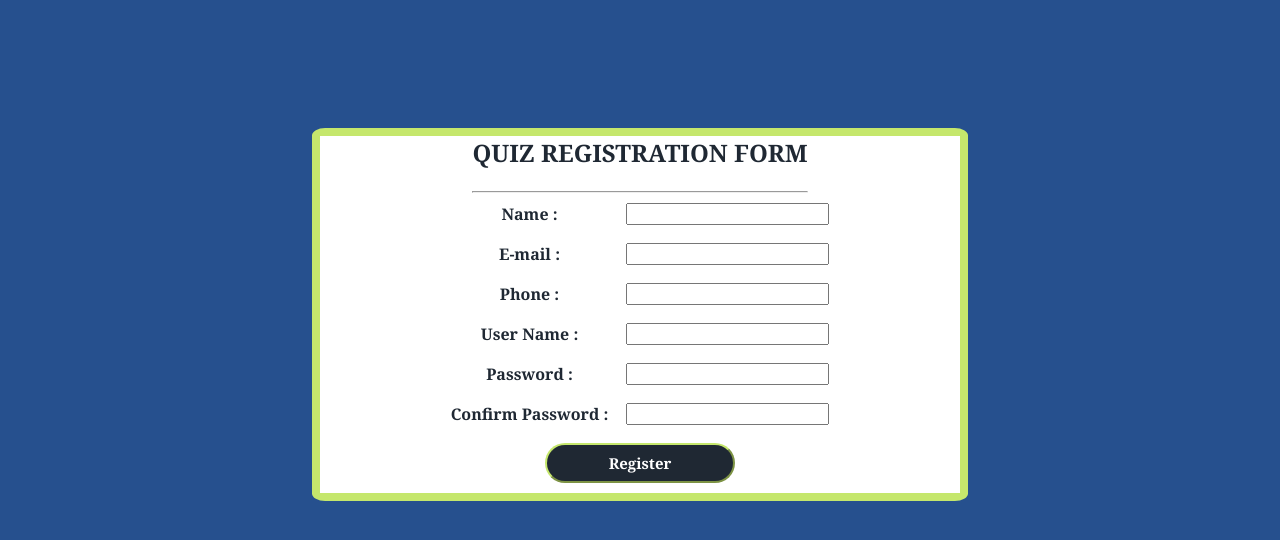
Repository: Pooja0109/Online-Quiz-Application
Page: http://localhost/QuizApplication/Register.jsp
These files come from the project's save history. The page is drawn as it stood at one moment and after the next save; the edit follows.
The browser window is 1280 px wide. The pictures show the whole page.
The page is served by Tomcat 9.

Above is the page before, as saved 2023-04-01 11:43:35.

After the next save:
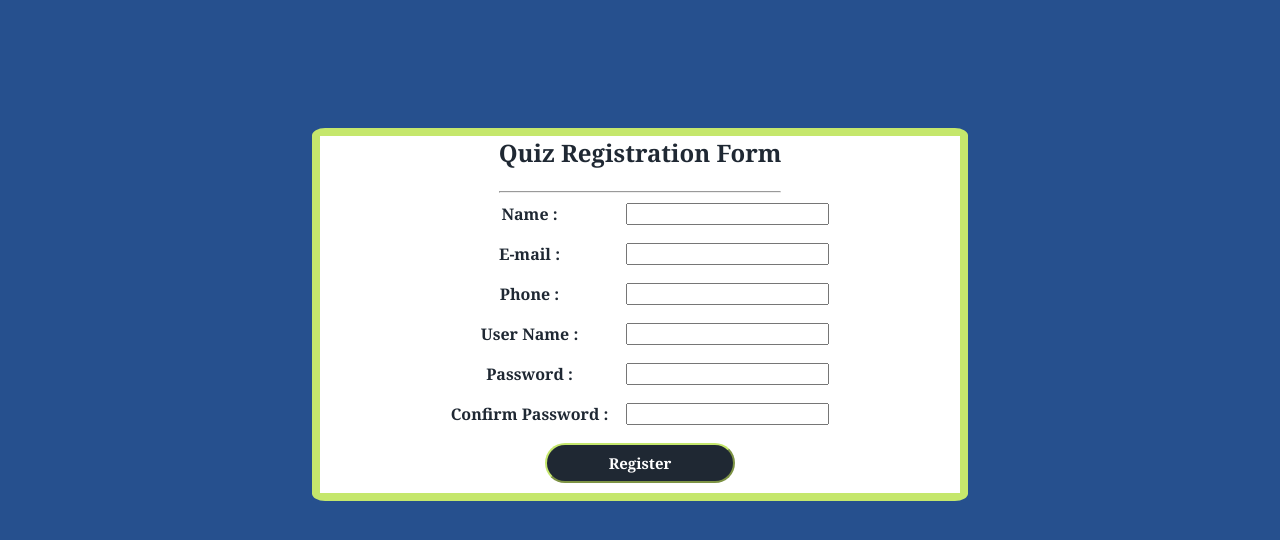
Saved 75 s later.
--- a/QuizApplication/QuizApplication/WebContent/Register.jsp
+++ b/QuizApplication/QuizApplication/WebContent/Register.jsp
@@ -4,6 +4,7 @@
 <html>
 <head>
 <link rel="stylesheet" href="style.css">
+<script type="text/javascript" src="Reg.js"></script>
 <meta http-equiv="Content-Type" content="text/html; charset=ISO-8859-1">
 <title>Registration</title>
 </head>
@@ -13,7 +14,7 @@
             <div class="items">
             </div>
             <div class="items">
-                <h2>QUIZ REGISTRATION FORM</h2><br>
+                <h2>Quiz Registration Form</h2><br>
                 <hr>
             </div>
             <table>
@@ -21,43 +22,50 @@
                     <th> <label for="name">
                             Name :
                         </label></th>
-                    <td><input type="text" name="name" value="${name}" required></td>
-
+                    <td><input type="text" name="name" required></td>
                 </tr>
                 <tr>
                     <th><label for="email">
                             E-mail :
                         </label></th>
-                    <td><input type="e-mail" name="email" required></td>
+                    <td><input type="e-mail" name="email" id="email" required oninput="validate_email()">
+                    <p id="emailerror"></p>
+                    </td>
                 </tr>
                 <tr>
 
                     <th><label for="phone">
                             Phone :<br>
                         </label></th>
-                    <td><input type="text" maxlength="10" name="phone" required ></td>
+                    <td><input type="text" maxlength="10" name="phone" id="phone" required oninput="validatephone()">
+                     <p id="phoneerror"></p>
+                    </td>
+                </tr>
+                <tr>
+                    <th><label for="username">
+                            User Name :
+                        </label></th>
+                    <td><input type="text" name="u_name" id="username" required oninput="validateuser()">
+                    <p id="nameerror"></p></td>
                 </tr>
                 <tr>
 
-                    <th><label for="contact">
-                            User Name :
+                    <th> <label for="password">
+                            Password :
                         </label></th>
-                    <td><input type="text" name="u_name" required></td>
+                    <td><input type="password" name="ppass" id="password" required oninput="validatepass()">
+                    <p id="passerror"></p>
+                    </td>
 
                 </tr>
                 <tr>
-
-                    <th> <label for="dob">
-                            Password :
-                        </label></th>
-                    <td><input type="password" name="ppass" required></td>
-
-                </tr>
-                <tr>
-                    <th> <label for="course">
+                    <th> <label for="cpassword">
                             Confirm Password :
                         </label></th>
-                    <td><input type="password" name="cpass" required></td>
+                    <td><input type="password" name="cpass" id="cpassword" required oninput="validatecpass()" >
+                    <p id="cpasserror"></p>
+                    </td>
+
                 </tr>
                 <tr align="center">
                     <td colspan="2"><input type="submit" name="submit" value="Register" class="submit"></td>
@@ -65,41 +73,6 @@
             </table>
         </div>
     </form>
-<%--
-<form action="RegisterServlet" method="post" class="formstyle">
-<label>
-Name :
-</label><br>
-<input type="text" name="name" value="${name}" required>
-<br>
-<label>
-E-mail :
-</label><br>
-<input type="e-mail" name="email" required>
-<br>
-<label>
-Phone :
-</label><br>
-<input type="text" maxlength="10" name="phone" required >
-<br>
-<label>
-User Name :
-</label><br>
-<input type="text" name="u_name" required>
-<br>
-<label>
-Password :
-</label><br>
-<input type="password" name="ppass" required>
-<br>
-<label>
-Confirm Password :
-</label><br>
-<input type="password" name="cpass" required>
-<br><br>
-<input type="submit">
-</form>
---%>
 </div>
 </body>
 </html>
